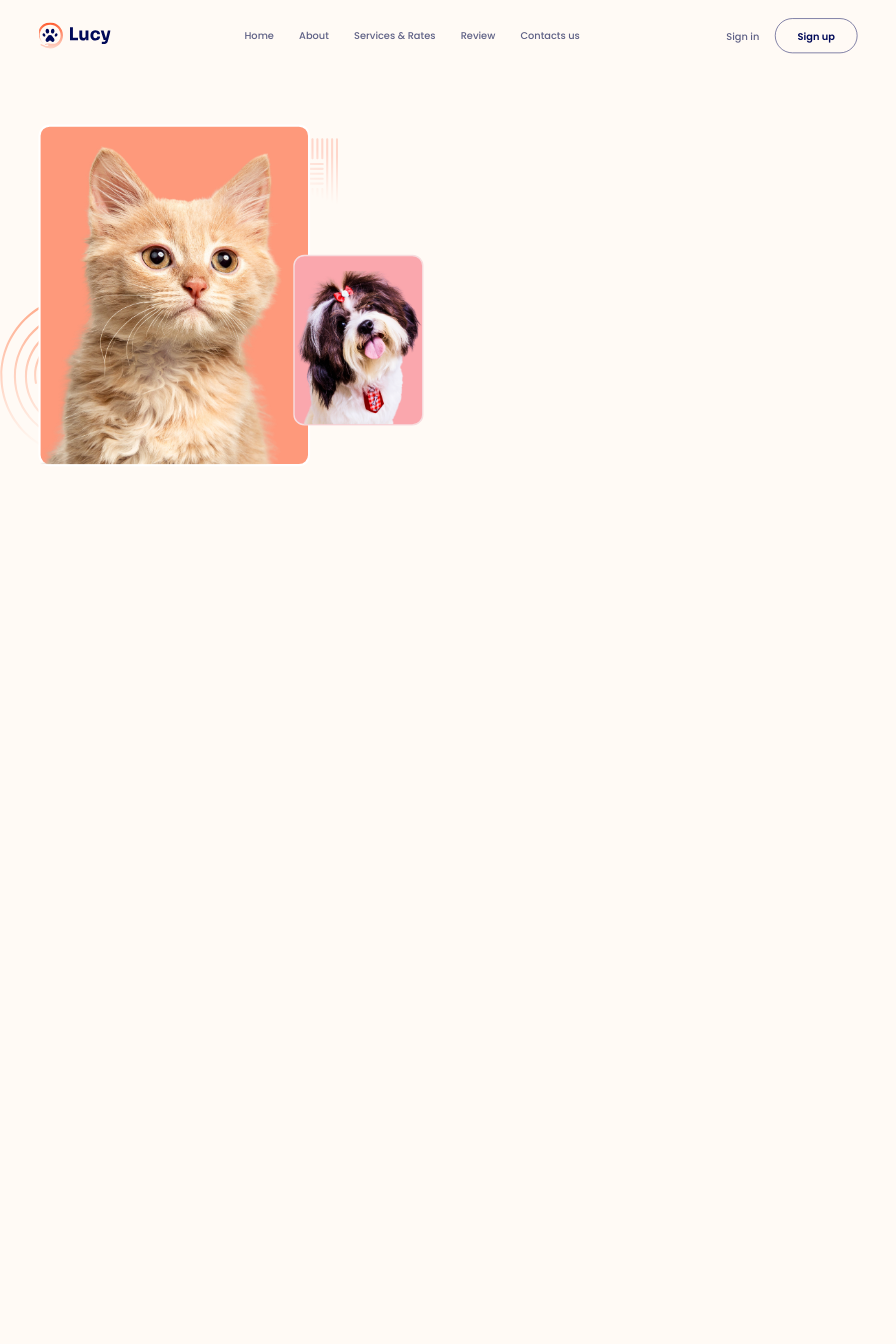
Repository: anhtien111198/f8-htmlcss-04
Page: index.html
An editor plug-in stored every save of this project. The page is shown before and after the next save, followed by the edit.
The browser window is 1280 px wide. The pictures show the part of the page from y = 0 to 1920 px (the page is 5000 px tall), at 70% of full size.

Above is the page before, as saved 2023-05-17 11:13:04.

After the next save:
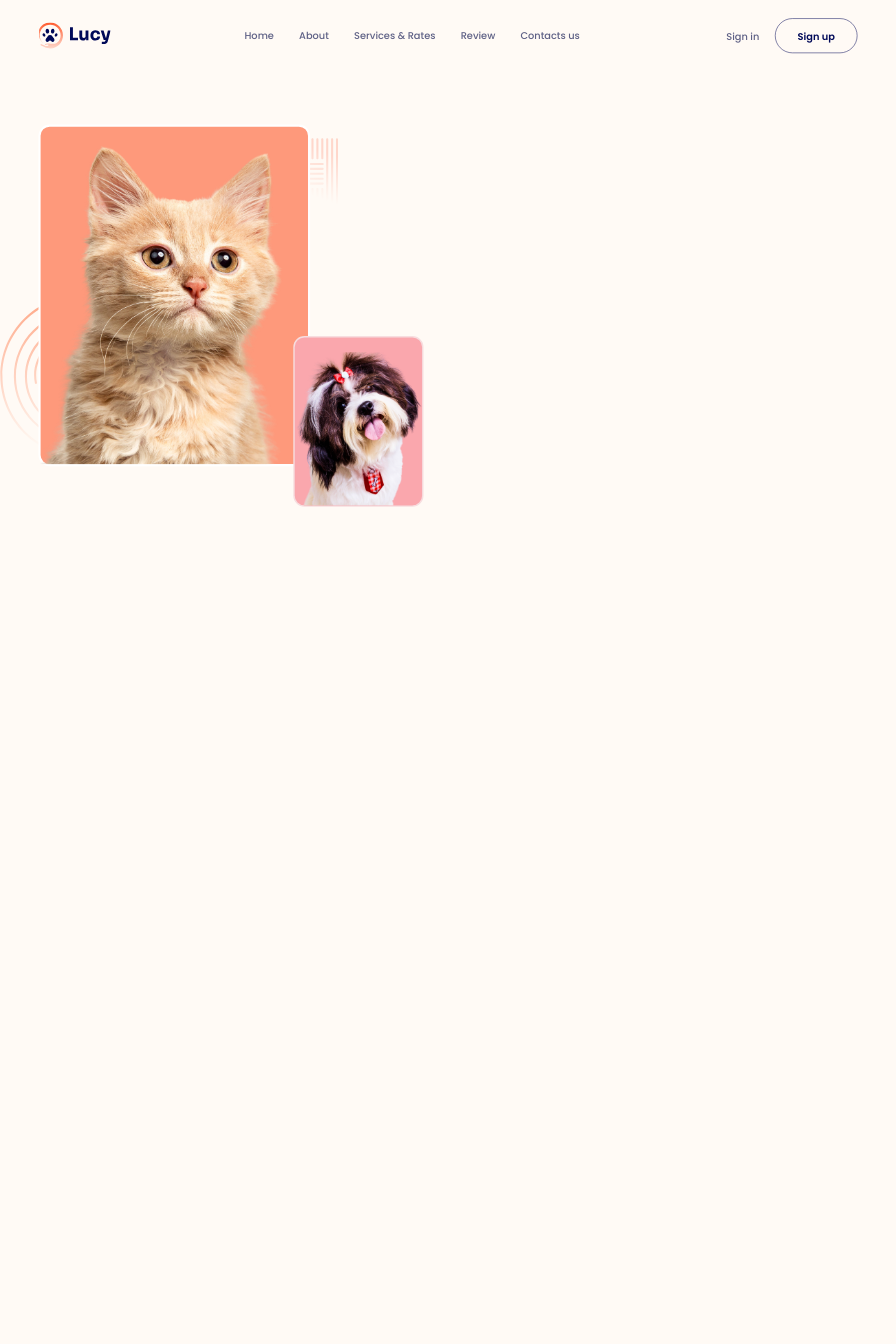
Saved 14 s later.
--- a/assets/css/style.css
+++ b/assets/css/style.css
@@ -123,7 +123,7 @@ select {
     align-self: flex-end;
     width: 186px;
     height: 244px;
-    margin: 0 0 58px -24px;
+    margin: 0 0 -58px -24px;
     border: 2px solid #f7dddf;
     background: #faa7ad;
 }
